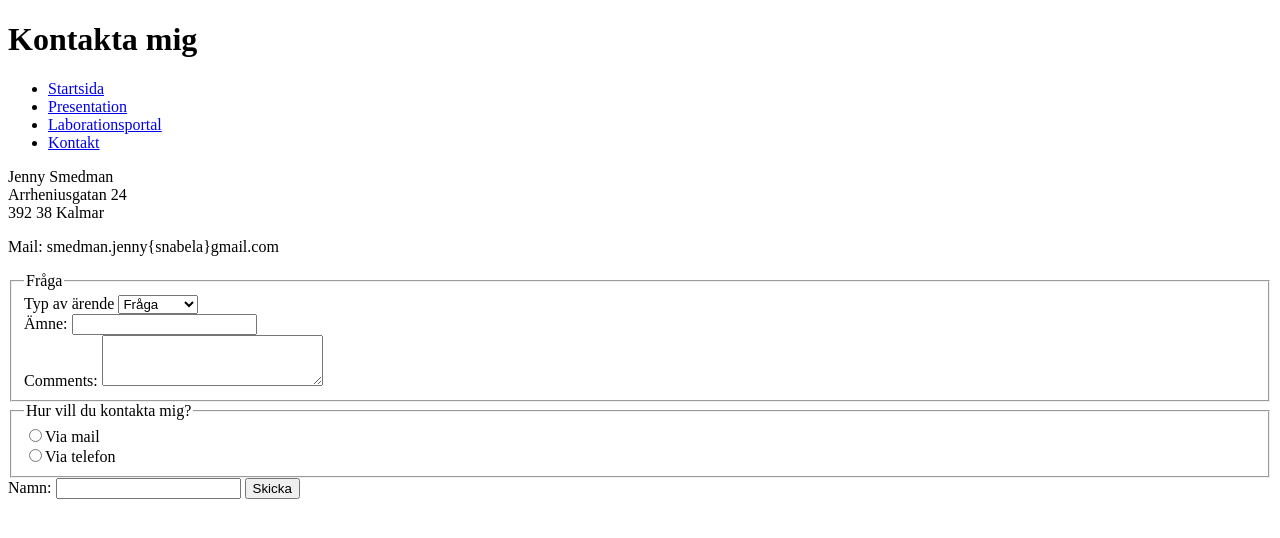
Repository: js223mx/1ik415-js223mx-laborationer
Page: pages/kontakt.html
The author's editor kept a record of every edit. The page is drawn from the files as they stood at one moment, then again after the next edit.
The browser window is 1280 px wide. The pictures show the whole page.

Above is the page before.

After the next edit:
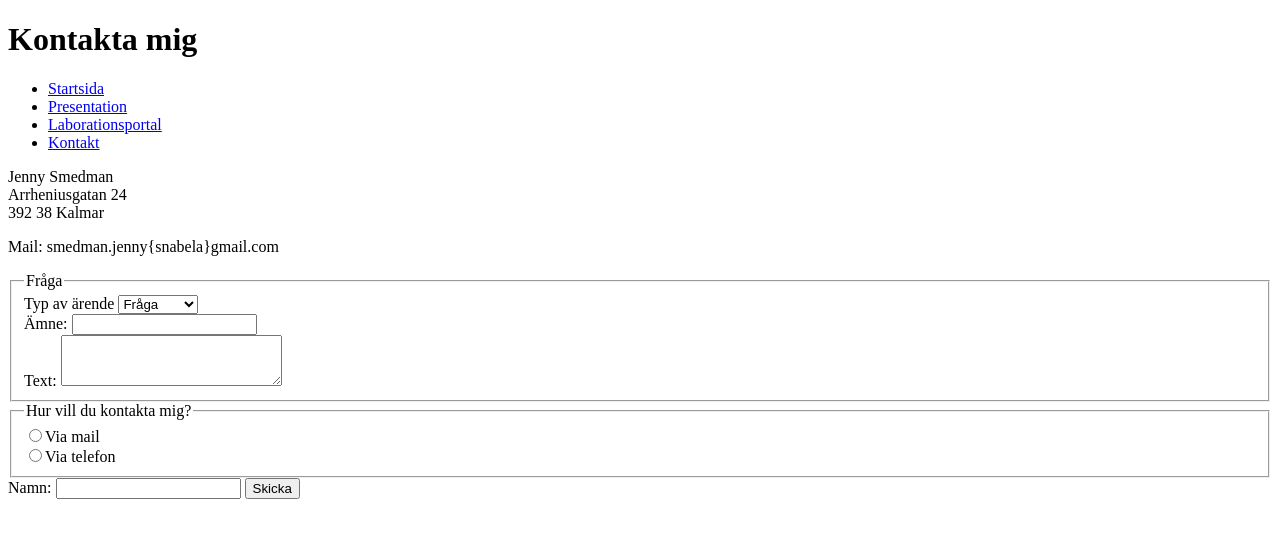
The edit:
--- a/pages/kontakt.html
+++ b/pages/kontakt.html
@@ -36,7 +36,7 @@
                            <option value="Komentar">Komentar</option>
                         </select><br>
                         Ämne: <input type="text"><br>
-                        <label for="comments">Comments:</label>
+                        <label for="comments">Text:</label>
                         <textarea name="comments" id="comments" cols="25" rows="3"></textarea>
                     </fieldset>
                 </form>
